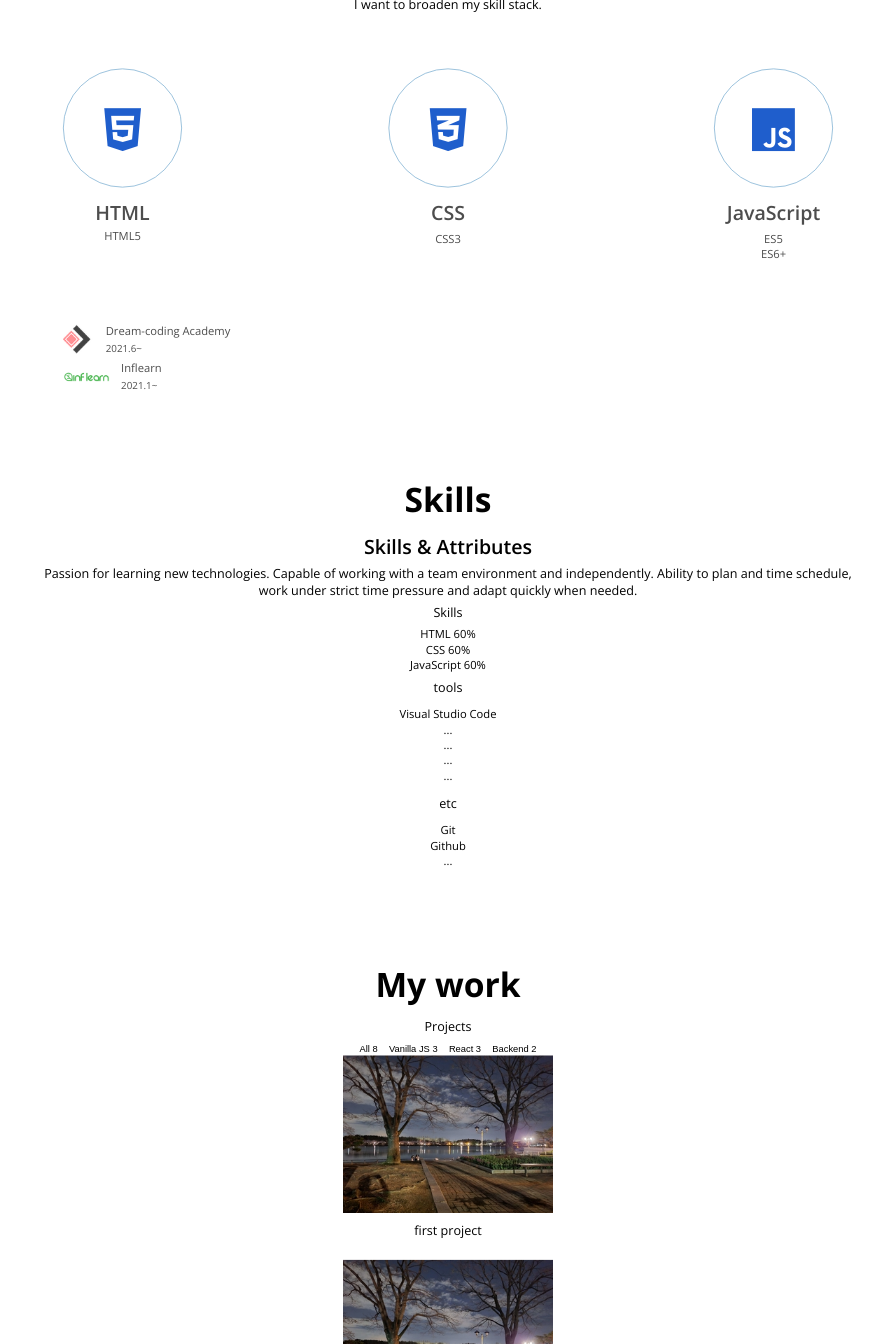
Repository: delphkim/portfolio
Page: index.html
These files come from the project's save history. The page is drawn as it stood at one moment and after the next save; the edit follows.
The browser window is 1280 px wide. The pictures show the part of the page from y = 937 to 2857 px (the page is 6025 px tall), at 70% of full size.
Some web libraries are served in a nearby version.

Above is the page before, as saved 2021-08-04 12:46:31.

### index.html
<!DOCTYPE html>
<html lang="en">
  <head>
    <meta charset="UTF-8" />
    <meta http-equiv="X-UA-Compatible" content="IE=edge" />
    <meta name="viewport" content="width=device-width, initial-scale=1.0" />
    <title>DevelPhaba's Portfolio</title>
    <meta name="description" content="Portfolio for world-reknowned software engineer develPhaba"/>
    <meta name="author" content="develPhaba" />
    <link rel="icon" type="img/png" href="./imgs/favicon.png">
    <script src="https://kit.fontawesome.com/d2b892ca94.js" crossorigin="anonymous"></script>
    <link rel="preconnect" href="https://fonts.googleapis.com" />
    <link rel="preconnect" href="https://fonts.gstatic.com" crossorigin />
    <link href="https://fonts.googleapis.com/css2?family=Open+Sans:wght@400;600;700&display=swap" rel="stylesheet"/>
    <!-- CSS rules to specify families -->
    <!-- 1. font-family: 'Open Sans', sans-serif;  -->
    <link rel="stylesheet" href="./style.css">
    <script src="./main.js" defer></script>
  </head>
  <body>
    <!-- Navbar -->
    <nav id="navbar">
      <div class="navbar__logo">
        <img class="navbar__icon" src="./imgs/favicon.png" alt="logo">
        <a href="#">develPhaba</a>
      </div>

        <ul class="navbar__menu">
          <li class="navbar__menu__item active">Home</li>
          <li class="navbar__menu__item">About</li>
          <li class="navbar__menu__item">Skills</li>
          <li class="navbar__menu__item">My work</li>
          <li class="navbar__menu__item">Testimonials</li>
          <li class="navbar__menu__item">Contact</li>
        </ul>

    </nav>
    <!-- Home -->
    <section id="home">
      <img src="./imgs/home.jpg"
           alt="develPhabas' profile photo"
           class="home__avatar">
           <h1 class="home__title">Hello, <br>I'm develPhaba</br></h1>
           <h2 class="home__description">Front-end engineer, who wants to be a Full-stack engineer </h2>
           <button class="home__contact">Contact me</button>
    </section>
    <!-- About -->
    <section id="about" class="section section__container">
      <h1>About me</h1>
      <p>I've studied front-end skills.
        <br>After working as a front-end endgineer for several years,
        <br>I want to broaden my skill stack.
      </p>
      <div class="about__majors">
        <div class="major">
          <div class="major__icon">
            <i class="fab fa-html5"></i>
          </div>
          <h2 class="major__title">HTML</>
          <p class="major__description">HTML5</p>
        </div>
        <div class="major">
            <div class="major__icon">
              <i class="fab fa-css3-alt"></i>
            </div>
            <h2 class="major__title">CSS</h2>
            <p class="major__description">CSS3</p>
        </div>
        <div class="major">
          <div class="major__icon">
            <i class="fab fa-js"></i>
          </div>
          <h2 class="major__title">JavaScript</h2>
          <p class="major__description">ES5<br>ES6+</p>
        </div>
      </div>
      <div class="about__schools">
        <div class="school">
          <img src="./imgs/schools/dream-coding.png" alt="dream-coding" class="school__logo">
          <div class="school__description">
             <p class="school__title">Dream-coding Academy</p>
             <p class="school__years">2021.6~</p>
          </div>
        </div>
        <div class="school">
          <img src="./imgs/schools/inflearn.png" alt="inflearn" class="school__logo">
          <div class="school__description">
             <p class="school__title">Inflearn</p>
             <p class="school__years">2021.1~</p>
          </div>
        </div>
      </div>

    </section>
    <!-- Skills -->
     <section id="skills" class="section">
       <div class="section__container">
           <h1>Skills</h1>
  <h2>Skills & Attributes</h2>
  <p>
    Passion for learning new technologies. Capable of working with a team environment
    and independently. Ability to plan and time schedule, work under
    strict time pressure and adapt quickly when needed.
  </p>
  <div class="skillset">
    <div class="skillset__left">
      <h3 class="skillset__title">Skills</h3>
      <div class="skill">
        <div class="skill__description">
          <span>HTML</span>
          <span>60%</span>
        </div>
        <div class="skill__bar">
          <div class="skill__value"></div>
        </div>
      </div>
      <div class="skill">
        <div class="skill__description">
          <span>CSS</span>
          <span>60%</span>
        </div>
        <div class="skill__bar">
          <div class="skill__value"></div>
        </div>
      </div>
      <div class="skill">
        <div class="skill__description">
          <span>JavaScript</span>
          <span>60%</span>
        </div>
        <div class="skill__bar">
          <div class="skill__value"></div>
        </div>
      </div>
    </div>
    <div class="skillset__right">
      <div class="tools">
        <h3 class="skillset__title">tools</h3>
        <ul class="tools__list">
          <li><span>Visual Studio Code</span></li>
          <li><span>...</span></li>
          <li><span>...</span></li>
          <li><span>...</span></li>
          <li><span>...</span></li>
        </ul>
      </div>
      <div class="etc">
        <h3 class="skillset__title">etc</h3>
        <ul class="ect__list">
          <li><span>Git</span></li>
          <li><span>Github</span></li>
          <li><span>...</span></li>
        </ul>
      </div>
    </div>
  </div>
       </div>
    </section>
   <!-- Work -->
    <section id="work" class="section">
      <h1>My work</h1>
      <h3>Projects</h3>
      <div class="work__categories">
        <button class="category__btn">All <span class="category__count">8</span></button>
        <button class="category__btn">Vanilla JS <span class="category__count">3</span></button>
        <button class="category__btn">React <span class="category__count">3</span></button>
        <button class="category__btn">Backend <span class="category__count">2</span></button>
      </div>
      <div class="work__projects">
        <a href="https://github.com/develPhaba/test"
           class="project"
           targe="blank">
           <img class="project__img" src="./imgs/projects/1.jpg" alt="one">
           <div class="project__description">
             <h3>first project</h3>
             <span>Clone coding with HTML and CSS</span>
           </div>
        </a>
        <a href="https://github.com/develPhaba/test"
           class="project"
           target="blank">
           <img class="project__img" src="./imgs/projects/2.jpg" alt="two">
           <div class="project__description">
            <h3>Second project</h3>
            <span>Clone coding with HTML, CSS and JavaScript</span>
          </div>
        </a>
        <a href="https://github.com/develPhaba/test"
           class="project"
           target="blank">
           <img class="project__img" src="./imgs/projects/3.jpg" alt="three">
           <div class="project__description">
            <h3>third project</h3>
            <span>Clone coding with HTML,CSS and JavaScript</span>
           </div>
        </a>
        <a href="https://github.com/develPhaba/test"
           class="project"
           target="blank">
          <img class="project__img" src="./imgs/projects/4.jpg" alt="four">
          <div class="project__description">
            <h3>fourth project</h3>
            <span>Clone coding,Front-end with React</span>
          </div>
        </a>
        <a href="https://github.com/develPhaba/test"
           class="project"
           target="blank">
          <img class="project__img" src="./imgs/projects/5.jpg" alt="five">
          <div class="project__description">
            <h3>fifth project</h3>
            <span>Clone coding,Front-end with React</span>
          </div>
        </a>
        <a href="https://github.com/develPhaba/test"
           class="project"
           target="blank">
          <img class="project__img" src="./imgs/projects/6.jpg" alt="six">
          <div class="project__description">
            <h3>sixth project</h3>
            <span>Clone coding,Front-end with React</span>
          </div>
        </a>
        <a href="https://github.com/develPhaba/test"
           class="project"
           target="blank">
           <img class="project__img" src="./imgs/projects/7.jpg" alt="seven">
           <div class="project__description">
            <h3>seventh project</h3>
            <span>Clone coding, Back-end with Node.js</span>
           </div>
        </a>
        <a href="https://github.com/develPhaba/test"
           class="project"
           target="blank">
           <img class="project__img" src="./imgs/projects/8.jpg" alt="eight">
           <div class="project__description">
            <h3>eighth project</h3>
            <span>Clone coding, Back-end with Node.js</span>
           </div>
        </a>
      </div>
    </section>
    <!-- Testimonials -->
    <section id="testimonials" class="section">
      <h1>Testimonials</h1>
      <h3>See what they say about me</h3>
      <div class="testimonials">
        <div class="testimonial">
          <img src="./imgs/testimonial/people1.jpg"
               alt="people"
               class="testimonial__avatar">
               <div class="testimonial__speech-bubble">
                 <p>Lorem ipsum dolor sit amet consectetur adipisicing elit. Magnam, vitae.
                   Dolores sit in amet quos. Alias maiores accusantium dolore error illo eligendi,
                   vel sint aperiam nemo soluta debitis deserunt voluptas.</p>
                   <p class="name"><a href="https://github.com/develPhaba/test">TestName</a>/Test company</p>
               </div>
        </div>
        <div class="testimonial">
          <img src="./imgs/testimonial/people2.jpg"
               alt="people"
               class="testimonial__avatar">
               <div class="testimonial__speech-bubble">
                <p>Lorem ipsum dolor sit amet consectetur adipisicing elit. Magnam, vitae.
                  Dolores sit in amet quos. Alias maiores accusantium dolore error illo eligendi,
                  vel sint aperiam nemo soluta debitis deserunt voluptas.</p>
                <p class="name"><a href="https://github.com/develPhaba/test">TestName2</a>/Test company2</p>
              </div>
        </div>
      </div>
    </section>
    <!-- Contact -->
    <section id="contact" class="section">
      <h1 class="contact__title">Let's talk</h1>
      <h2 class="contact__email">hgkim9201@gmail.com</h2>
      <div class="contact__links">
      <a href="https://github.com/develPhaba">
        <i class="fa fa-github"></i>
      </a>
      <a href="">
      <i class="fa fa-linkedin-square"></i>
      </a>
      </div>
      <p class="contact__rights">Dreaming-coding Ellie -All rights reserved</p>
    </section>
  </body>
</html>

### style.css
:root {
  /* Color */
  --color-white: #ffffff;
  --color-light-white: #eeeeee;
  --color-dark-white: #bdbdbd;
  --color-pink: #fe918d;
  --color-dark-pink: #ff6863;
  --color-black: #4d4d4d;
  --color-dark-grey: #4d4d4d;
  --color-grey: #616161;
  --color-blue: #73aace;
  --color-yellow: #fff7d1;
  --color-orange: #feb546;
  --color-black: #000000;
  --color-green: #80deea;
  --color-sky-blue: #2979ff;
  --color-dark-blue: rgb(31, 94, 204);
  /* Font size */
  --font-large: 48px;
  --font-medium: 28px;
  --font-regular: 18px;
  --font-small: 16px;
  --font-micro: 14px;
  /* Font weight */
  --weight-bold: 700;
  --weight-semi-bold: 600;
  --weight-regular: 400;
  /* Size */
  --size-border-radius: 4px;
  /*Animation*/
  --animation-duration: 300ms;
}
/* Universal tags */
* {
  box-sizing: border-box;
}
body {
  font-family: "Open Sans", sans-serif;
  margin: 0;
  cursor: default;
}
a {
  text-decoration: none;
  color: var(--color-white);
}
ul {
  list-style: none;
  padding-left: 0;
}
h1 {
  font-size: var(--font-large);
  font-weight: var(--weight-bold);
  color: var(--color-black);
  margin: 16px 0;
}
h2 {
  font-size: var(--font-medium);
  font-weight: var(--weight-semi-bold);
  color: var(--color-black);
  margin: 8px 0;
}
h3 {
  font-size: var(--font-regular);
  font-weight: var(--weight-regular);
  color: var(--color-black);
  margin: 8px 0;
}
p {
  font-size: var(--font-regular);
  font-weight: var(--weight-regular);
  color: var(--color-black);
  margin: 4px 0;
}
button {
  background-color: transparent;
  cursor: pointer;
  border: none;
  outline: none;
}
/* Navbar */
#navbar {
  display: flex;
  justify-content: space-between;
  background-color: var(--color-sky-blue);
  align-items: center;
  color: var(--color-white);
  padding: 16px;
}
.navbar__logo {
  font-size: var(--font-medium);
  font-weight: var(--weight-semi-bold);
}
.navbar__icon {
  width: var(--font-medium);
  height: var(--font-medium);
}
.navbar__menu {
  display: flex;
}
.navbar__menu__item {
  padding: 8px 12px;
  margin: 0 4px;
  cursor: pointer;
  border-radius: var(--size-border-radius);
}
.navbar__menu__item:hover {
  background-color: var(--color-dark-blue);
}
.navbar__menu__item.active {
  border: 1px solid var(--color-white);
}
/*Home*/
#home {
  background: url(./imgs/homepage-background.png) center/cover no-repeat;
  padding: 40px;
  text-align: center;
}
.home__avatar {
  width: 250px;
  height: 250px;
  border-radius: 50%;
  border: 2px solid var(--color-light-white);
}
.home__title,
.home__description {
  color: var(--color-white);
}
.home__contact {
  color: var(--color-white);
  font-size: var(--font-regular);
  font-weight: var(--weight-bold);
  margin: 24px;
  padding: 8px 12px;
  border: 2px solid var(--color-white);
  border-radius: var(--size-border-radius);
}
/* Section common */
.section {
  text-align: center;
  padding: 50px;
  margin: auto;
}
.section__container {
  max-width: 1200px;
}
/* About me */
.about__majors {
  display: flex;
  justify-content: space-between;
  margin: 80px 0;
}
.major__icon {
  color: var(--color-dark-blue);
  font-size: 70px;
  width: 170px;
  height: 170px;
  line-height: 170px;
  margin: auto;
  border: 1px solid var(--color-blue);
  border-radius: 50%;
  margin-bottom: 16px;
}
.major__title,
.major__description {
  color: var(--color-dark-grey);
}
.major__description {
  font-size: var(--font-small);
}
.major__icon i {
  transition: all var(--animation-duration) ease;
}
.major__icon:hover i {
  transform: rotate(-30deg) scale(1.1);
  color: var(--color-dark-pink);
}
.school {
  display: flex;
  align-items: center;
}
.school__description {
  margin: 0 16px;
  text-align: left;
}
.school__title,
.school__years {
  color: var(--color-dark-grey);
}

.school__title {
  font-size: var(--font-small);
}
.school__years {
  font-size: var(--font-micro);
}
/* Skulls */
#skill {
  background-color: var(--color-yellow);
}

Loaded but not shown: main.js (no stored copy; drawn as an empty file)

After the next save:
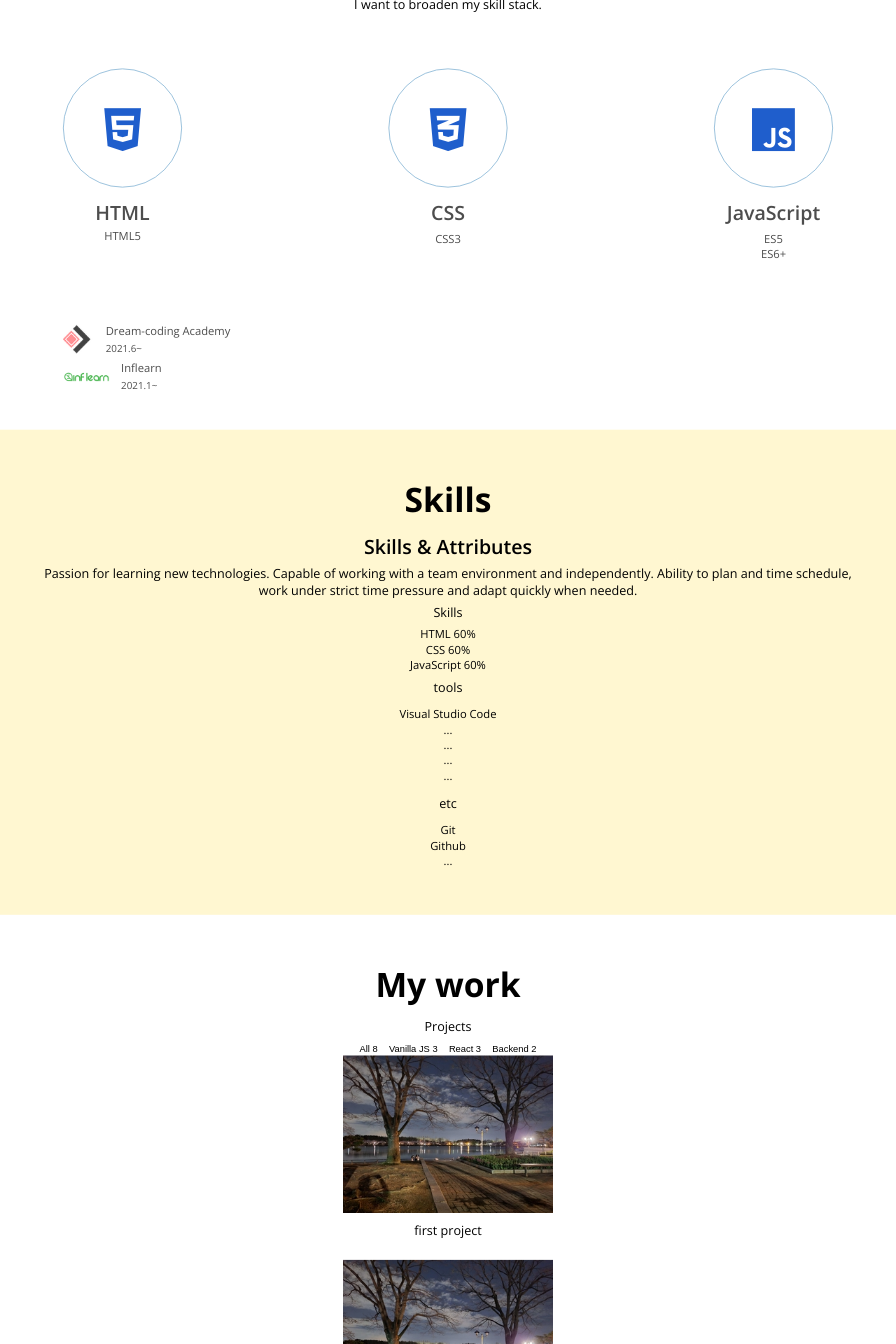
Saved 36 s later.
--- a/style.css
+++ b/style.css
@@ -194,6 +194,6 @@
   font-size: var(--font-micro);
 }
 /* Skulls */
-#skill {
+#skills {
   background-color: var(--color-yellow);
 }
